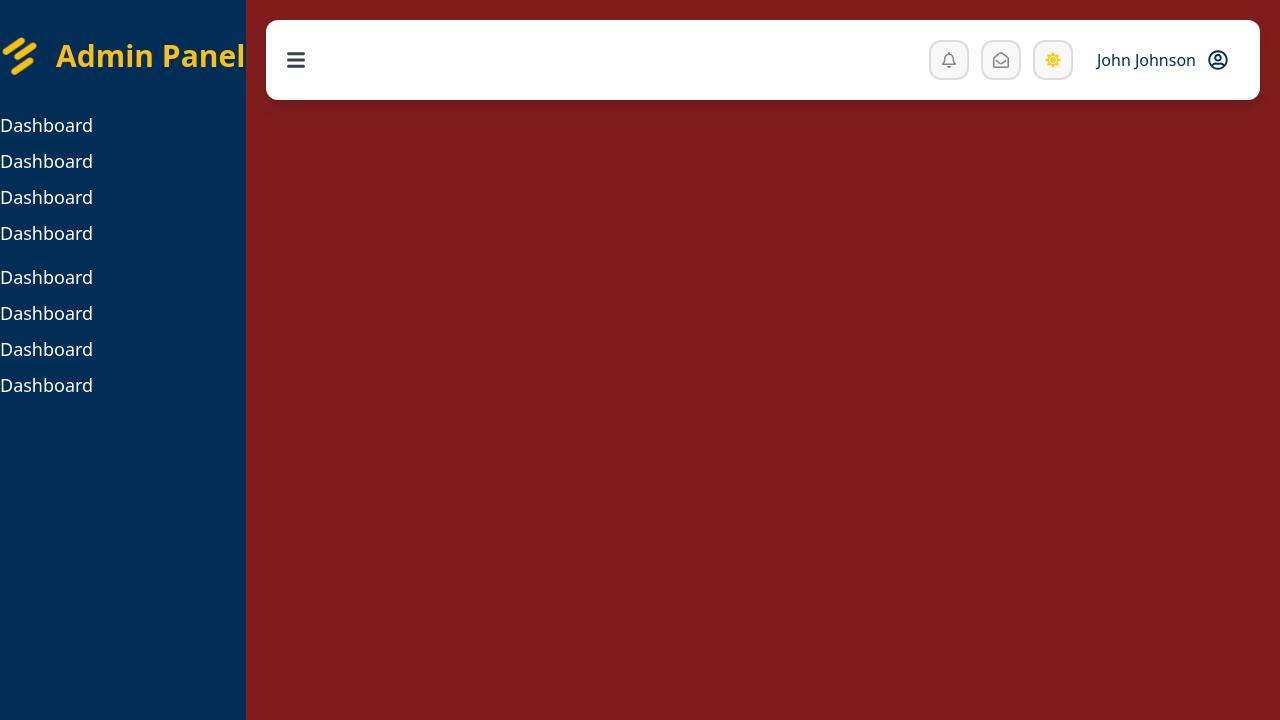
Repository: farrelmuhammad/redesign-bo
Page: /
An editor plug-in stored every save of this project. The page is shown before and after the next save, followed by the edit.
The browser window is 1280 px wide. The pictures show the whole page.
The project was rebuilt for these pictures with package versions that can differ from the ones it lists, and the page was loaded fresh each time. Also part of the build but not shown: src/App.css.

Above is the page before, as saved 2024-03-02 19:44:03.

### src/App.tsx
import React from 'react';
import logo from './logo.svg';
import './App.css';
import Navbar from './components/Navbar';
import Sidebar from './components/Sidebar';

function App() {
  return (
    <section className='bg-red-900 h-screen w-screen flex font-poppins text-white'>
      <Sidebar />
      <Navbar />
    </section>
  );
}

export default App;

### src/components/Navbar.tsx
import React from 'react'
import { FaBars, FaMoon, FaRegBell, FaRegEnvelopeOpen, FaRegUserCircle, FaSun } from "react-icons/fa";

const Navbar = () => {
    return (
        <nav className='bg-white h-20 w-full flex flex-row justify-between items-center px-5 m-5 rounded-xl shadow-lg'>
            <div className="flex flex-1 justify-start items-center">
                <button className='text-xl text-gray-700 hover:text-black'>
                    <FaBars />
                </button>
            </div>
            <div className="flex flex-1 flex-row gap-3 justify-end items-end">
                <button className='flex justify-center items-center h-10 w-10 text-[#868686] bg-[#F8F8F8] rounded-xl border-[2px] border-[#DDDDDD] hover:border-gray-500 hover:text-gray-500'>
                    <FaRegBell />
                </button>
                <button className='flex justify-center items-center h-10 w-10 text-[#868686] bg-[#F8F8F8] rounded-xl border-[2px] border-[#DDDDDD] hover:border-gray-500 hover:text-gray-500'>
                    <FaRegEnvelopeOpen />
                </button>
                <button className='flex justify-center items-center h-10 w-10 rounded-xl border-[2px] border-[#DDDDDD] bg-[#F8F8F8] text-yellow-400 hover:border-gray-500 hover:text-yellow-500'>
                    <FaSun />
                    {/* <FaMoon /> */}
                </button>
                <button className='flex flex-row justify-center items-center py-2 px-3 gap-3 text-[#022D57] hover:text-[#1e183a]'>
                    John Johnson <FaRegUserCircle className='text-xl' />
                </button>
            </div>
        </nav>
    )
}

export default Navbar

### src/components/Sidebar.tsx
import React from 'react'
import Logo from '../assets/images/Logo.png'

const Sidebar = () => {
    return (
        <aside className='flex flex-col h-full w-1/4 justify-start items-start bg-[#022D57] py-5'>
            <div className="flex flex-row h-20 justify-start gap-4 items-center">
                <img className="h-10 w-10" src={Logo} alt="" />
                <h1 className='font-bold text-3xl text-[#F9C017]'>Admin Panel</h1>
            </div>
            <div className="flex flex-col h-full justify-start gap-4 items-start py-5">
                <ul className='flex flex-col gap-2 font-medium text-lg'>
                    <li>Dashboard</li>
                    <li>Dashboard</li>
                    <li>Dashboard</li>
                    <li>Dashboard</li>
                </ul>
                <ul className='flex flex-col gap-2 font-medium text-lg'>
                    <li>Dashboard</li>
                    <li>Dashboard</li>
                    <li>Dashboard</li>
                    <li>Dashboard</li>
                </ul>
            </div>
        </aside>
    )
}

export default Sidebar

Loaded but not shown: public/index.html (common file); src/index.tsx (common file); src/index.css (common file); src/reportWebVitals.ts (common file); tailwind.config.js (common file)

After the next save:
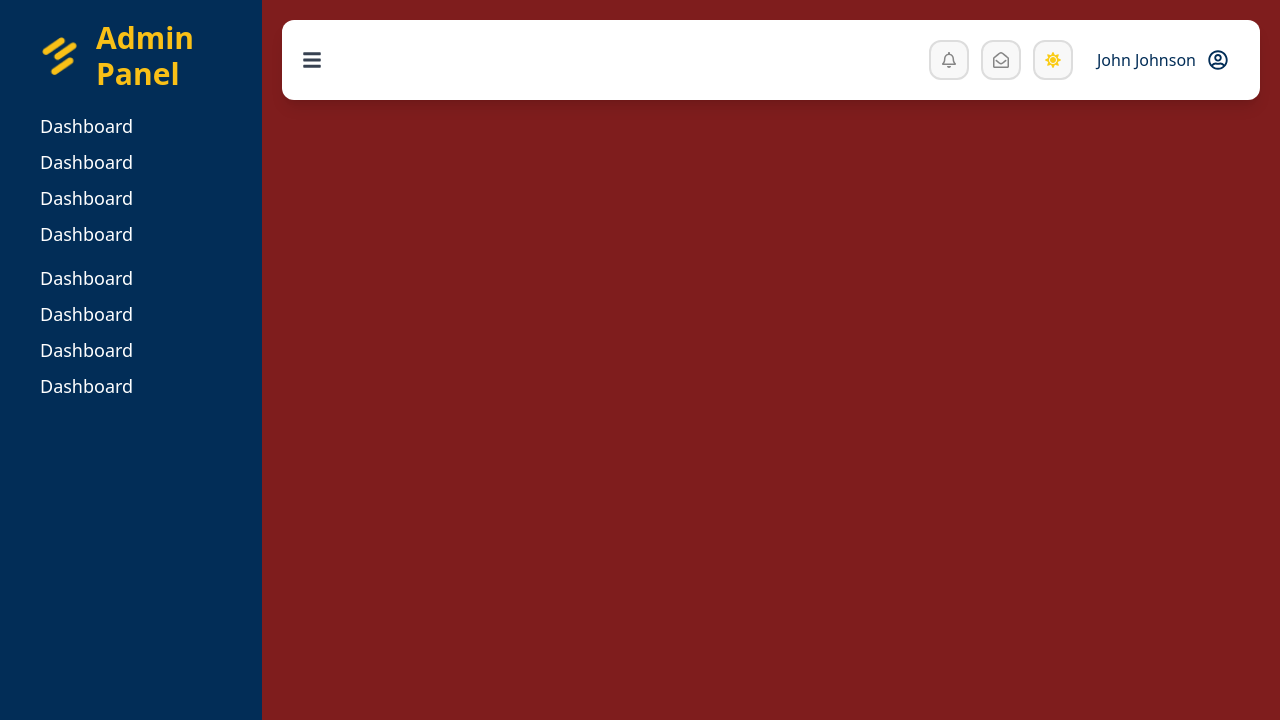
Saved 7 s later.
--- a/src/components/Sidebar.tsx
+++ b/src/components/Sidebar.tsx
@@ -3,7 +3,7 @@
 
 const Sidebar = () => {
     return (
-        <aside className='flex flex-col h-full w-1/4 justify-start items-start bg-[#022D57] py-5'>
+        <aside className='flex flex-col h-full w-1/4 justify-start items-start bg-[#022D57] py-5 px-10'>
             <div className="flex flex-row h-20 justify-start gap-4 items-center">
                 <img className="h-10 w-10" src={Logo} alt="" />
                 <h1 className='font-bold text-3xl text-[#F9C017]'>Admin Panel</h1>

After the save that followed:
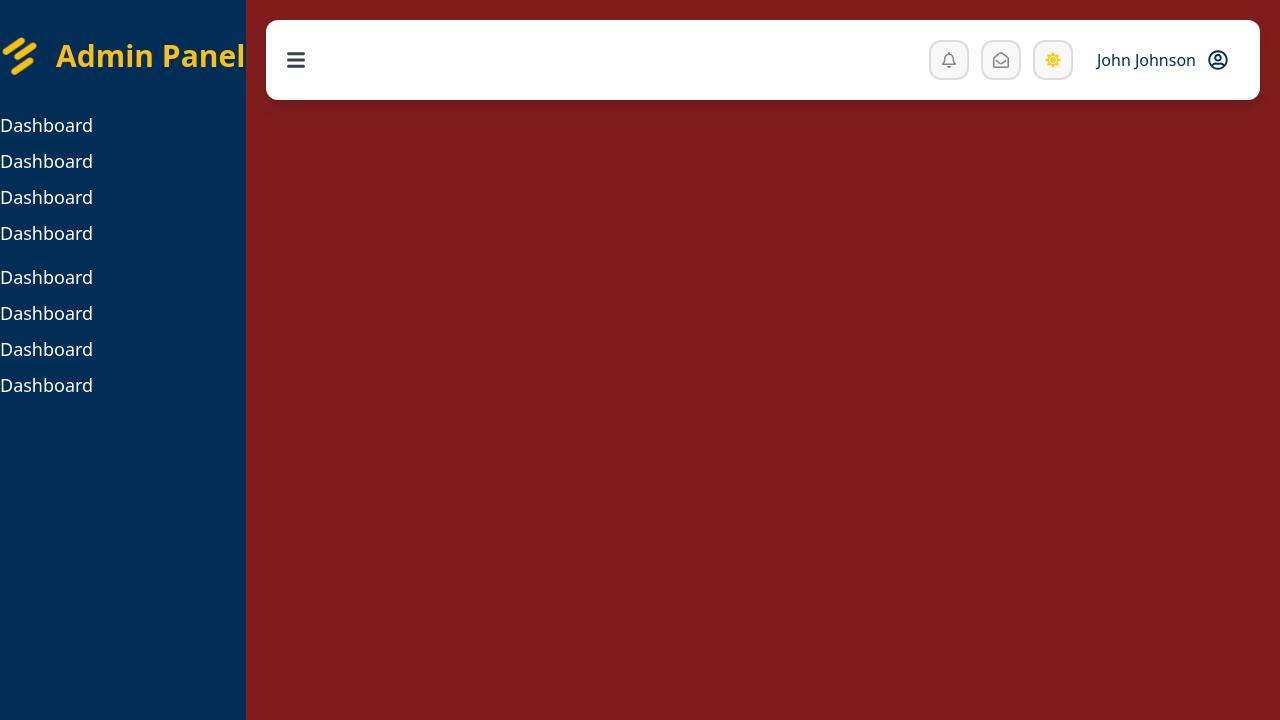
Saved 11 s later.
--- a/src/components/Sidebar.tsx
+++ b/src/components/Sidebar.tsx
@@ -3,7 +3,7 @@
 
 const Sidebar = () => {
     return (
-        <aside className='flex flex-col h-full w-1/4 justify-start items-start bg-[#022D57] py-5 px-10'>
+        <aside className='flex flex-col h-full w-1/4 justify-start items-start bg-[#022D57] py-5'>
             <div className="flex flex-row h-20 justify-start gap-4 items-center">
                 <img className="h-10 w-10" src={Logo} alt="" />
                 <h1 className='font-bold text-3xl text-[#F9C017]'>Admin Panel</h1>
